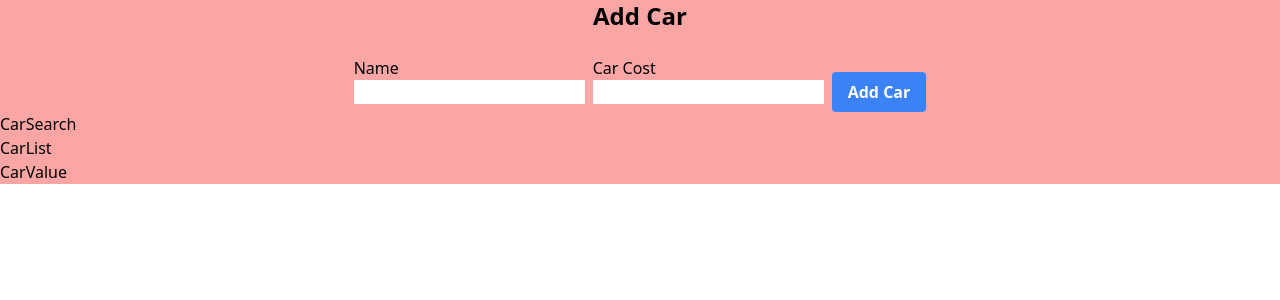
Repository: Marhamat92/carsappreduxtoolkit
Page: /
An editor plug-in stored every save of this project. The page is shown before and after the next save, followed by the edit.
The browser window is 1280 px wide. The pictures show the whole page.
The project was rebuilt for these pictures with package versions that can differ from the ones it lists, and the page was loaded fresh each time.

Above is the page before, as saved 2023-01-23 21:04:39.

### src/index.js
import React from 'react';
import ReactDOM from 'react-dom/client';
import './index.css';
import App from './App';
import { Provider } from 'react-redux';
import { store } from './store'


const root = ReactDOM.createRoot(document.getElementById('root'));
root.render(
  <Provider store={store}>
    <App />
  </Provider>
);

### src/App.js
import CarForm from "./components/CarForm";
import CarList from "./components/CarList";
import CarSearch from "./components/CarSearch";
import CarValue from "./components/CarValue";


function App() {
  return (
    <div className="container mx-auto  bg-red-300">
      <CarForm />
      <CarSearch />
      <CarList />
      <CarValue />
    </div>
  );
}

export default App;

### src/store/index.js
import { configureStore } from "@reduxjs/toolkit";
import {
  carsReducer,
  addCar,
  removeCar,
  changeSearchTerm,
} from "./slices/carsSlice";
import { formReducer, changeName, changeCost } from "./slices/formSlice";

const store = configureStore({
  reducer: {
    cars: carsReducer,
    form: formReducer,
  },
})

export { store, addCar, removeCar, changeSearchTerm, changeName, changeCost };

### src/components/CarForm.js
import React from 'react'

function CarForm() {
  return (
    <div className='flex flex-col items-center justify-center'>
      <h1 className='font-bold text-2xl' >Add Car</h1>
      <div className='mt-6'>
        <form className='flex flex-row space-x-2'>
          <div className='flex flex-col'>
            <label htmlFor='make'>Name</label>
            <input type='text' name='carName' id='carName' />
          </div>
          <div className='flex flex-col'>
            <label htmlFor='price'>Car Cost</label>
            <input type='text' name='price' id='price' />
          </div>
          <button className='bg-blue-500 hover:bg-blue-700 text-white font-bold py-2 px-4 rounded mt-4' type='submit'>Add Car</button>
        </form>
      </div>
    </div>
  )
}

export default CarForm

### src/components/CarList.js
import React from 'react'

function CarList() {
  return (
    <div>CarList</div>
  )
}

export default CarList

### src/components/CarSearch.js
import React from 'react'

function CarSearch() {
  return (
    <div>CarSearch</div>
  )
}

export default CarSearch

### src/components/CarValue.js
import React from 'react'

function CarValue() {
  return (
    <div>CarValue</div>
  )
}

export default CarValue

### src/store/slices/carsSlice.js
import { createSlice, nanoid } from '@reduxjs/toolkit';

const carsSlice = createSlice({
  name: 'cars',
  initialState: {
    cars: [],
    searchTerm: ''
  },
  reducers: {
    changeSearchTerm(state, action) {
      state.searchTerm = action.payload;
    },
    addCar(state, action) {
      //Assumption:
      //action.payload is an object with the following properties:
      //name, cost, id
      state.cars.push({
        name: action.payload.name,
        cost: action.payload.cost,
        id: nanoid()
      })
    },
    removeCar(state, action) {
      //Assumption:
      //action.payload is the id of the car to remove
      const updatedCars = state.cars.filter((car) => {
        return car.id !== action.payload;
      })
      state.cars = updatedCars;
    }

  }
})

export const { changeSearchTerm, addCar, removeCar } = carsSlice.actions;
export const carsReducer = carsSlice.reducer;

### src/store/slices/formSlice.js
import { createSlice } from '@reduxjs/toolkit';

const formSlice = createSlice({
  name: 'form',
  initialState: {
    name: '',
    cost: 0
  },
  reducers: {
    changeName(state, action) {
      state.name = action.payload;
    },
    changeCost(state, action) {
      state.cost = action.payload;
    }
  }
})

export const { changeName, changeCost } = formSlice.actions;
export const formReducer = formSlice.reducer;

Loaded but not shown: public/index.html (common file); src/index.css (common file); tailwind.config.js (common file)

After the next save:
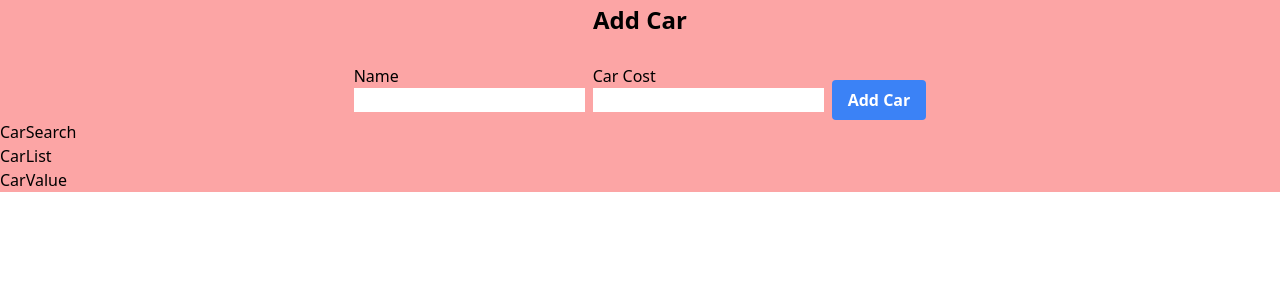
Saved 9 s later.
--- a/src/components/CarForm.js
+++ b/src/components/CarForm.js
@@ -3,7 +3,7 @@ import React from 'react'
 function CarForm() {
   return (
     <div className='flex flex-col items-center justify-center'>
-      <h1 className='font-bold text-2xl' >Add Car</h1>
+      <h1 className='font-bold text-2xl py-1' >Add Car</h1>
       <div className='mt-6'>
         <form className='flex flex-row space-x-2'>
           <div className='flex flex-col'>
